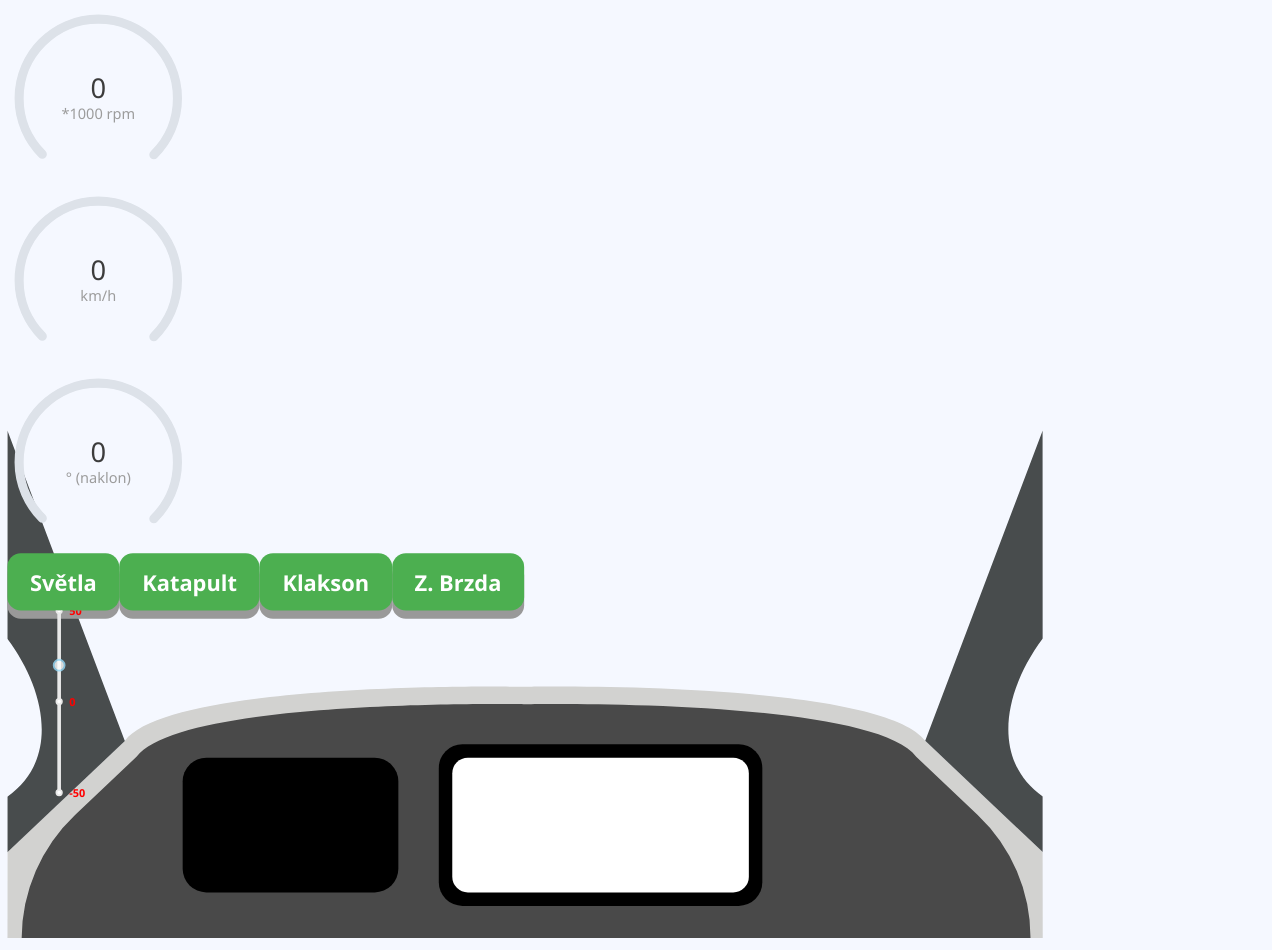
Repository: matyasvelc/train
Page: / (app in frontend/)
An editor plug-in stored every save of this project. The page is shown before and after the next save, followed by the edit.
The browser window is 1280 px wide. The page is 1280 px wide, then 1398 px, so the pictures cover 1398 px, including what lies to the right of the window. The pictures show the whole page, at 91% of full size.
The page's requests for data from a server got no answer. The project was rebuilt for these pictures with package versions that can differ from the ones it lists, and the page was loaded fresh each time. No one was signed in, and anything a server would have sent is missing.

Above is the page before, as saved 2022-04-04 16:20:31.

### frontend/src/index.js
import React, { useEffect } from 'react'
import ReactDOM from 'react-dom'
import Progress from './lib/progress'
import './styles.css'
import Slider, { Range } from 'rc-slider';
import 'rc-slider/assets/index.css';

async function postData(url = '', data = {}) {
  // Default options are marked with *
  const response = await fetch(url, {
    method: 'POST', // *GET, POST, PUT, DELETE, etc.
    cache: 'no-cache', // *default, no-cache, reload, force-cache, only-if-cached
    headers: {
      'Content-Type': 'application/json'
    },
    redirect: 'follow', // manual, *follow, error
    referrerPolicy: 'no-referrer', // no-referrer, *no-referrer-when-downgrade, origin, origin-when-cross-origin, same-origin, strict-origin, strict-origin-when-cross-origin, unsafe-url
    body: JSON.stringify(data) // body data type must match "Content-Type" header
  });
  return response.json(); // parses JSON response into native JavaScript objects
}

const style = { float: 'left', width: 160, height: 200, marginBottom: 160, marginLeft: 50 };
const parentStyle = { overflow: 'hidden' };

const marks = {
  '-50': {
    style: {
      color: 'red',
    },
    label: <strong>-50</strong>,
  },
  0: {
    style: {
      color: 'red',
    },
    label: <strong>0</strong>,
  },
  50: {
    style: {
      color: 'red',
    },
    label: <strong>50</strong>,
  },
};

function App() {
  const [temp, setTemp] = React.useState()
  const [rpm, setRpm] = React.useState()
  const [speed, setSpeed] = React.useState()
  const [svetlo, setSvetlo] = React.useState()
  const [rychlost, setRychlost] = React.useState()

  useEffect(() => {
    const timer = setInterval(() => {
      fetch('http://127.0.0.1:5000/getSpeed')
        .then(res => {
          return res.json();
        })
        .then(data => {
          setSpeed(data.speed);
        });
    }, 1000);

    return () => clearInterval(timer);
  }, []);

  useEffect(() => {
    const timer = setInterval(() => {
      fetch('http://127.0.0.1:5000/getAngle')
        .then(res => {
          return res.json();
        })
        .then(data => {
          setTemp(data.angle);
        });
    }, 1000);

    return () => clearInterval(timer);
  }, []);

  useEffect(() => {
    const timer = setInterval(() => {
      fetch('http://127.0.0.1:5000/getRpm')
        .then(res => {
          return res.json();
        })
        .then(data => {
          setRpm(data.engine_speed);
        });
      }, 1000);

      return () => clearInterval(timer);
  }, []);

  function Svetlo() {
    console.log(svetlo);
    setSvetlo(!svetlo);
    postData('http://127.0.0.1:5000/setLightStatus', {"lights": !svetlo})
  }

  function Rychlost(value) {
    console.log(value);
    setRychlost(value);
    postData('http://127.0.0.1:5000/setSpeed', {"speed": value})
  }

  return (
    <div className="demo">
      <div className='vlak'>
      <Progress
        progress={rpm}
        max={4}
        subtitle="*1000 rpm"
        reduction={0.25}
        hideBall
        strokeWidth={10}
        gradient={[{stop: 0.0, color: '#f6416d'}, {stop: 1, color: '#fa6d7c'}]} />
      <Progress
        progress={speed}
        max={100}
        subtitle="km/h"
        reduction={0.25}
        hideBall
        strokeWidth={10} />
      <Progress
        progress={temp}
        min={-45}
        max={45}
        subtitle="° (naklon)"
        strokeWidth={10}
        reduction={0.25}
        hideBall
        gradient={[{stop: 0.0, color: '#f6416d'}, {stop: 1, color: '#fa6d7c'}]} />
        <input id='svetla' class="svetla" onClick={Svetlo} checked={svetlo} type='checkbox'></input>
        <label class="button" htmlFor='svetla'>Světla</label>
        <button class="button" >Katapult</button>
        <button class="button" >Klakson</button>
        <button class="button" >Z. Brzda</button>
        <div style={parentStyle}>
          <div style={style}>
            <Slider vertical min={-50} max={50} step={2} marks={marks} included={false} onAfterChange={Rychlost} defaultValue={20}/>
          </div>
        </div>
        </div>
    </div>
  )
}

ReactDOM.render(<App />, document.getElementById('root'))

### frontend/src/styles.css
body {
  background: #f5f8ff;
  font-family: 'Segoe UI', Tahoma, Geneva, Verdana, sans-serif;
  caret-color: transparent;
  user-select: none;
}

.demo > div {
  display:  inline-block;
  overflow: hidden;
}
.vlak {
  background-image:url(./train.svg);
  background-repeat: no-repeat;
  background-size: 100%;
  width: 90%;
  overflow: hidden;
  background-position: bottom;
}
.button {
  font-family: 'Segoe UI', Tahoma, Geneva, Verdana, sans-serif;
  display: inline-block;
  padding: 15px 25px;
  font-size: 24px;
  cursor: pointer;
  text-align: center;
  text-decoration: none;
  outline: none;
  color: #fff;
  background-color: #4CAF50;
  border: none;
  border-radius: 15px;
  box-shadow: 0 9px #999;
  caret-color: transparent;
  user-select: none;
  font-weight:600;
}
.button:active {
  background-color: #3e8e41;
  box-shadow: 0 5px #666;
  transform: translateY(4px);
}
.svetla{
  display: none;
  caret-color: transparent;
  user-select: none;
}
.svetla:checked + .button{
  background-color: #3e8e41;
  box-shadow: 0 5px #666;
  transform: translateY(4px);
}
.rychlost{
  user-select:all;
}

### frontend/src/lib/progress.module.css
.progress {
  font-family: 'Segoe UI', Tahoma, Geneva, Verdana, sans-serif;
  width: 200px;
}

.svg {
  display: block;
  width: 100%;
}

Loaded but not shown: frontend/public/index.html (common file); frontend/src/lib/progress.js (library)

After the next save:
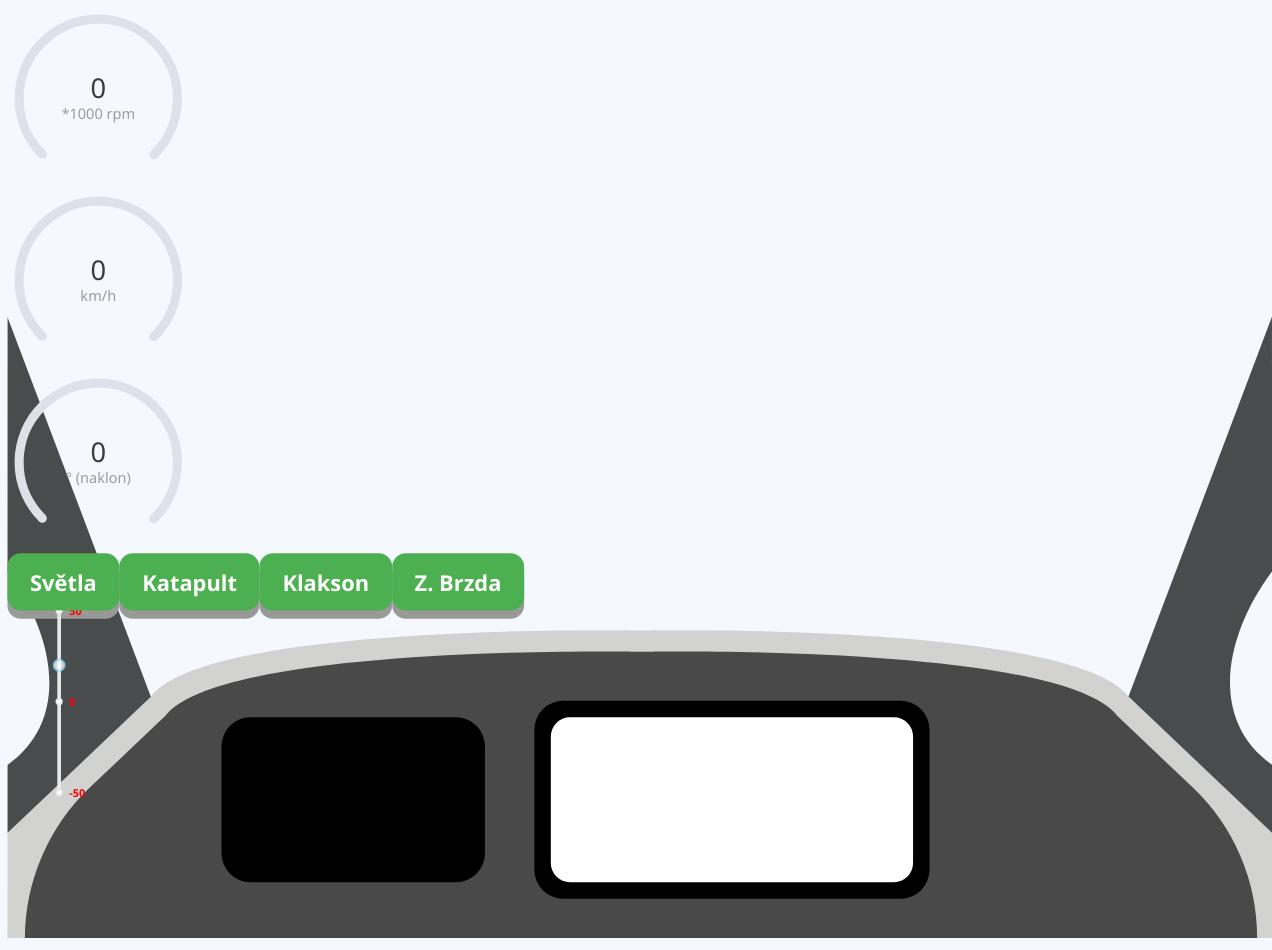
Saved 11 s later.
--- a/frontend/src/styles.css
+++ b/frontend/src/styles.css
@@ -13,7 +13,7 @@ body {
   background-image:url(./train.svg);
   background-repeat: no-repeat;
   background-size: 100%;
-  width: 90%;
+  width: 110%;
   overflow: hidden;
   background-position: bottom;
 }
